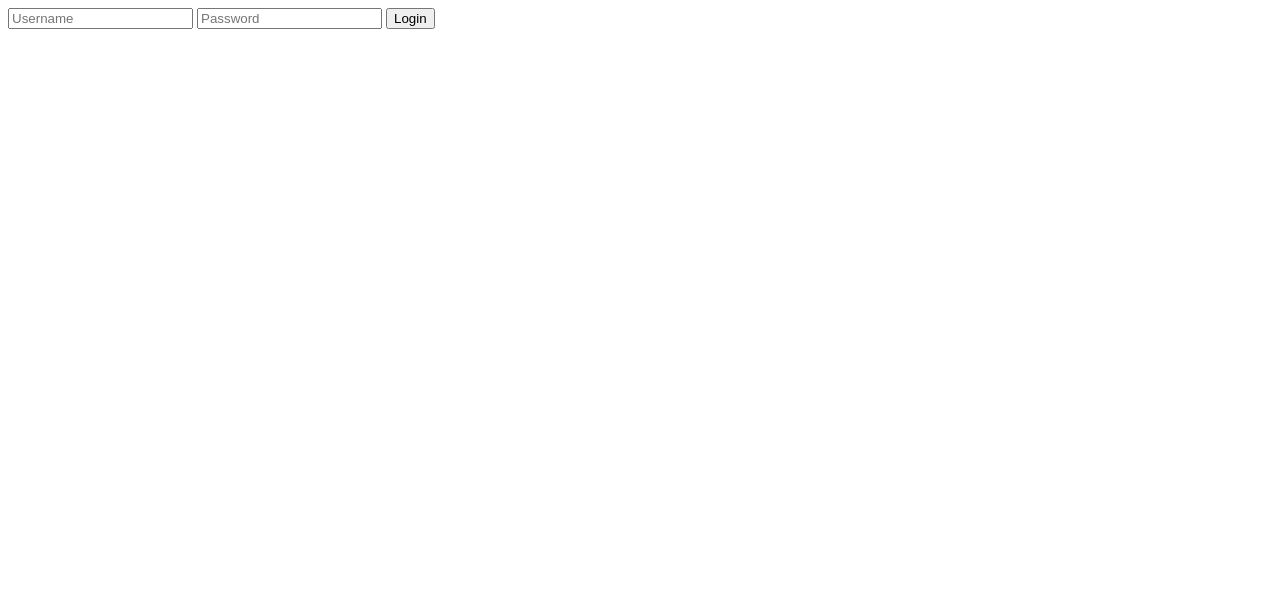
Repository: LDDUNG2003/a
Page: login.html
An editor plug-in stored every save of this project. The page is shown before and after the next save, followed by the edit.
The browser window is 1280 px wide. The pictures show the whole page.

Above is the page before, as saved 2023-10-14 00:12:51.

After the next save:
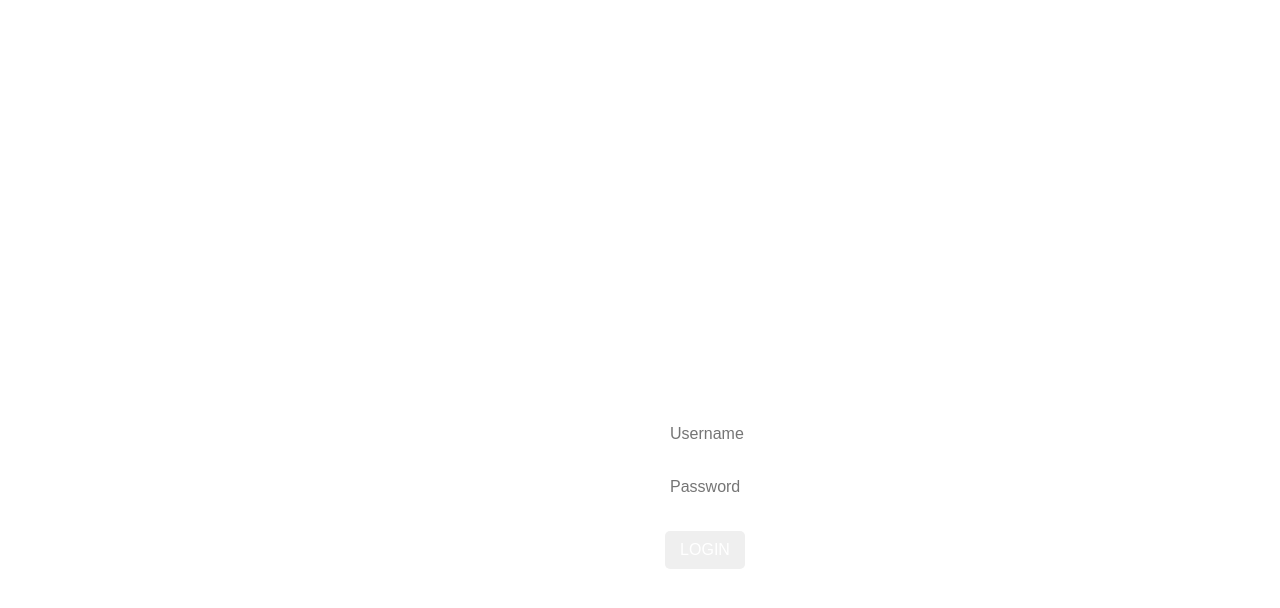
Saved 54 s later.
--- a/login.html
+++ b/login.html
@@ -5,7 +5,7 @@
     <meta charset="UTF-8">
     <meta name="viewport" content="width=device-width, initial-scale=1.0">
     <title>Login</title>
-    <link rel="stylesheet" href="">
+    <link rel="stylesheet" href="./controlView/css/login.css">
 </head>
 
 <body>
